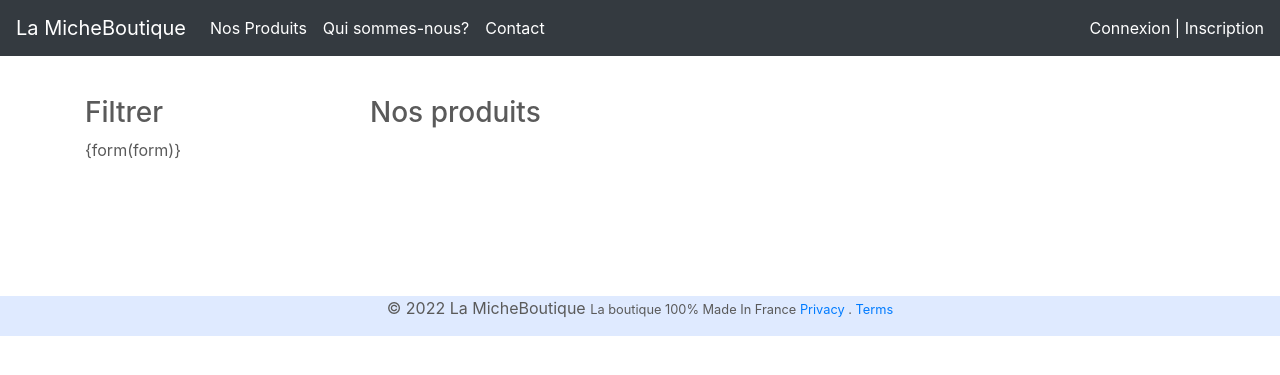
Repository: Michelhof1978/La-MicheBoutique
Page: templates/product/index.html.twig
The author's editor kept a copy of each file at every save. The page is drawn from the files as they stood at one save, then again after the next save.
The browser window is 1280 px wide. The pictures show the whole page.
The page is a Twig template of a Symfony application; nobody is signed in and links lead nowhere. The template is opened directly, without the code that normally fills it, so the values that code supplies are empty.

Above is the page before, as saved 2022-01-27 16:18:41.

### templates/product/index.html.twig
{% extends 'base.html.twig' %}

{% block title %}Nos produits - La Miche Boutique{% endblock %}

{% block content %}

<div class="row">
   <div class="col-md-3">
      <h3>Filtrer</h3>
      {form(form)}

   </div>

   <div class="col-md-9">
      <h3>Nos produits</h3>

<div class="row product-container">
{% for product in products %} {#boucle for qui initialise la variable product pour récupérer tous les produits#}
  <div class="col-md-4">{#pour afficher les articles plus jolie#}
     <div class="product-item text-center">
     <a href="{{ path('product', {'slug' : product.slug} ) }}"><img src="/uploads/{{ product.illustration}}" alt=""{{ product.name }} class="img-fluid">
        <h5>{{ product.name }}</h5>
        <span class="product-subtitle">{{ product.subtitle}}</span>

        <span class="product-price">{{ (product.price / 100 ) | number_format(2,',', '.')}} €<span> {#format affichage prix,(2,',', '.') je veux remplacer le point par une virgule#}
     </div>
    </div>

{% endfor %}
 </div>
   </div>
</div>


{% endblock %}

### templates/base.html.twig
<!doctype html>
<html lang="fr">
<head>
    <meta charset="utf-8">
    <meta name="viewport" content="width=device-width, initial-scale=1, shrink-to-fit=no">
    <meta name="description" content="">
    <meta name="author" content="Mark Otto, Jacob Thornton, and Bootstrap contributors">
    <meta name="generator" content="Jekyll v4.1.1">
    <title>{% block title %} La MicheBoutique{% endblock %}</title>

    <!-- Bootstrap core CSS -->
    <link href="{{asset ('assets/css/bootstrap.min.css')}}" rel="stylesheet">
    <link rel="stylesheet" href="{{asset ("assets/css/LaMicheBoutique.css")}}">

    <style>
        .bd-placeholder-img {
            font-size: 1.125rem;
            text-anchor: middle;
            -webkit-user-select: none;
            -moz-user-select: none;
            -ms-user-select: none;
            user-select: none;
        }

        @media (min-width: 768px) {
            .bd-placeholder-img-lg {
                font-size: 3.5rem;
            }
        }
    </style>
    <!-- Custom styles for this template -->
    <link href="{{asset ('assets/css/carousel.css')}}" rel="stylesheet">
</head>
<body>
<header>
    <nav class="navbar navbar-expand-md navbar-dark fixed-top bg-dark">
        <a class="navbar-brand" href="{{ path('account')}}">La MicheBoutique</a>
        <button class="navbar-toggler" type="button" data-toggle="collapse" data-target="#navbarCollapse" aria-controls="navbarCollapse" aria-expanded="false" aria-label="Toggle navigation">
            <span class="navbar-toggler-icon"></span>
        </button>
        <div class="collapse navbar-collapse" id="navbarCollapse">
            <ul class="navbar-nav mr-auto">
                <li class="nav-item active">
                    <a class="nav-link" href="{{ path('products')}}">Nos Produits</a>
                </li>

                <li class="nav-item active">
                    <a class="nav-link" href="">Qui sommes-nous?</a>
                </li>

                <li class="nav-item active">
                    <a class="nav-link" href="">Contact</a>
                </li>

            </ul>
            <div class="navbar-item-custom">
             {% if app.user %}
            <a href="{{path('account')}}">Mon Compte <small> ({{ app.user.firstname}})</small></a>  |  <a href="{{path('app_logout')}}">Déconnexion</a>
            {% else %}
            <a href="{{path('app_login')}}">Connexion</a>  |  <a href="{{path('registrer')}}">Inscription</a>
            {% endif %}
            </div>



        </div>
    </nav>
</header>

<main role="main">
{% if block('carousel') is defined %} {#pour définir où on veut mettre le carousel sur les pages#}
    <div id="myCarousel" class="carousel slide" data-ride="carousel">
        <ol class="carousel-indicators">
            <li data-target="#myCarousel" data-slide-to="0" class="active"></li>
            <li data-target="#myCarousel" data-slide-to="1"></li>
            <li data-target="#myCarousel" data-slide-to="2"></li>
        </ol>
        <div class="carousel-inner">
            <div class="carousel-item active">
                <svg class="bd-placeholder-img" width="100%" height="100%" xmlns="http://www.w3.org/2000/svg" preserveAspectRatio="xMidYMid slice" focusable="false" role="img"><rect width="100%" height="100%" fill="#777"/></svg>
                <div class="container">
                    <div class="carousel-caption text-left">
                        <h1>Example headline.</h1>
                        <p>Cras justo odio, dapibus ac facilisis in, egestas eget quam. Donec id elit non mi porta gravida at eget metus. Nullam id dolor id nibh ultricies vehicula ut id elit.</p>
                        <p><a class="btn btn-lg btn-primary" href="#" role="button">Sign up today</a></p>
                    </div>
                </div>
            </div>
            <div class="carousel-item">
                <svg class="bd-placeholder-img" width="100%" height="100%" xmlns="http://www.w3.org/2000/svg" preserveAspectRatio="xMidYMid slice" focusable="false" role="img"><rect width="100%" height="100%" fill="#777"/></svg>
                <div class="container">
                    <div class="carousel-caption">
                        <h1>Another example headline.</h1>
                        <p>Cras justo odio, dapibus ac facilisis in, egestas eget quam. Donec id elit non mi porta gravida at eget metus. Nullam id dolor id nibh ultricies vehicula ut id elit.</p>
                        <p><a class="btn btn-lg btn-primary" href="#" role="button">Learn more</a></p>
                    </div>
                </div>
            </div>
            <div class="carousel-item">
                <svg class="bd-placeholder-img" width="100%" height="100%" xmlns="http://www.w3.org/2000/svg" preserveAspectRatio="xMidYMid slice" focusable="false" role="img"><rect width="100%" height="100%" fill="#777"/></svg>
                <div class="container">
                    <div class="carousel-caption text-right">
                        <h1>One more for good measure.</h1>
                        <p>Cras justo odio, dapibus ac facilisis in, egestas eget quam. Donec id elit non mi porta gravida at eget metus. Nullam id dolor id nibh ultricies vehicula ut id elit.</p>
                        <p><a class="btn btn-lg btn-primary" href="#" role="button">Browse gallery</a></p>
                    </div>
                </div>
            </div>
        </div>
        <a class="carousel-control-prev" href="#myCarousel" role="button" data-slide="prev">
            <span class="carousel-control-prev-icon" aria-hidden="true"></span>
            <span class="sr-only">Previous</span>
        </a>
        <a class="carousel-control-next" href="#myCarousel" role="button" data-slide="next">
            <span class="carousel-control-next-icon" aria-hidden="true"></span>
            <span class="sr-only">Next</span>
        </a>
    </div>
    {% endif %}

    <!-- Marketing messaging and featurettes
    ================================================== -->
    <!-- Wrap the rest of the page in another container to center all the content. -->

    <div class="container marketing{% if block('carousel') is not defined %} mt-5 {% endif %}">
    {#Ajouter cette classe si le carousel n'est pas défini (mt-5= marge de 5)#}

 {% block content %}

 {% endblock %}

    </div><!-- /.container -->


    <!-- FOOTER -->
    <footer class="footer-custom">

        <p>
        &copy; 2022 La MicheBoutique
       <small> La boutique 100% Made In France
        <a href="#">Privacy</a> . <a href="#">Terms</a></small>
        </p>
    </footer>
</main>
<script src="https://code.jquery.com/jquery-3.5.1.slim.min.js"></script>
<script src="{{asset ('assets/js/bootstrap.bundle.js')}}"></script>
</body>
</html>

### public/assets/css/LaMicheBoutique.css
body {
  position: relative;
}

.navbar-item-custom a,
.navbar-item-custom {
  color: white;
}

.footer-custom {
  text-align: center;
  position: absolute;
  bottom: 0;
  width: 100%;
  background-color: #dfeaff;
  padding-top: px;
}

.product-item h5 {
  text-transform: uppercase;
  font-size: 15px;
  margin-bottom: 1px;
}

.product-item .product-subtitle {
  font-size: 14px;
  display: block;
  margin-bottom: 10px;
}

.product-item {
  margin-top: 50px;
}

.product-item .product-price {
  font-size: 15px;
  font-weight: bold;
}

.product-container{
  margin-bottom: 150px;
}

.product-page-price{
  font-size: 19px;
}

### public/assets/css/carousel.css
/* GLOBAL STYLES
-------------------------------------------------- */
/* Padding below the footer and lighter body text */

body {
    padding-top: 3rem;
    padding-bottom: 3rem;
    color: #5a5a5a;
}


/* CUSTOMIZE THE CAROUSEL
-------------------------------------------------- */

/* Carousel base class */
.carousel {
    margin-bottom: 4rem;
}
/* Since positioning the image, we need to help out the caption */
.carousel-caption {
    bottom: 3rem;
    z-index: 10;
}

/* Declare heights because of positioning of img element */
.carousel-item {
    height: 32rem;
}
.carousel-item > img {
    position: absolute;
    top: 0;
    left: 0;
    min-width: 100%;
    height: 32rem;
}


/* MARKETING CONTENT
-------------------------------------------------- */

/* Center align the text within the three columns below the carousel */
.marketing .col-lg-4 {
    margin-bottom: 1.5rem;
    text-align: center;
}
.marketing h2 {
    font-weight: 400;
}
.marketing .col-lg-4 p {
    margin-right: .75rem;
    margin-left: .75rem;
}


/* Featurettes
------------------------- */

.featurette-divider {
    margin: 5rem 0; /* Space out the Bootstrap <hr> more */
}

/* Thin out the marketing headings */
.featurette-heading {
    font-weight: 300;
    line-height: 1;
    letter-spacing: -.05rem;
}


/* RESPONSIVE CSS
-------------------------------------------------- */

@media (min-width: 40em) {
    /* Bump up size of carousel content */
    .carousel-caption p {
        margin-bottom: 1.25rem;
        font-size: 1.25rem;
        line-height: 1.4;
    }

    .featurette-heading {
        font-size: 50px;
    }
}

@media (min-width: 62em) {
    .featurette-heading {
        margin-top: 7rem;
    }
}

Loaded but not shown: public/assets/css/bootstrap.min.css (library); public/assets/js/bootstrap.bundle.js (library)

After the next save:
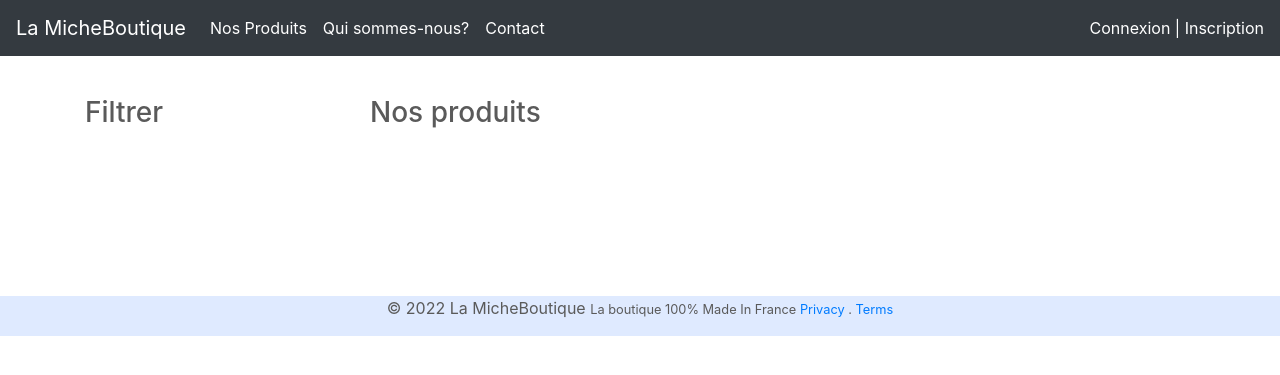
Saved 17 s later.
--- a/templates/product/index.html.twig
+++ b/templates/product/index.html.twig
@@ -7,7 +7,7 @@
 <div class="row">
    <div class="col-md-3">
       <h3>Filtrer</h3>
-      {form(form)}
+
 
    </div>
 

After the save that followed:
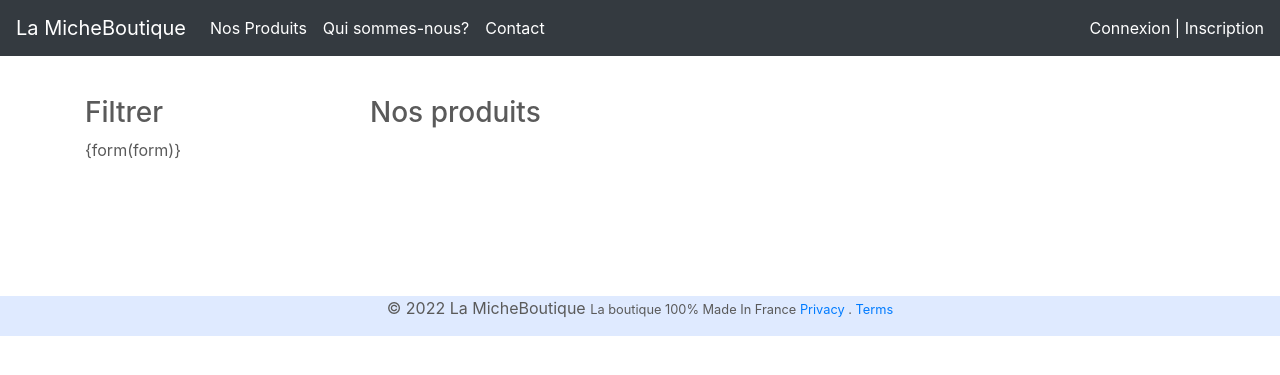
Saved 6 min 22 s later.
--- a/templates/product/index.html.twig
+++ b/templates/product/index.html.twig
@@ -7,7 +7,7 @@
 <div class="row">
    <div class="col-md-3">
       <h3>Filtrer</h3>
-
+      {form(form)}
 
    </div>
 
